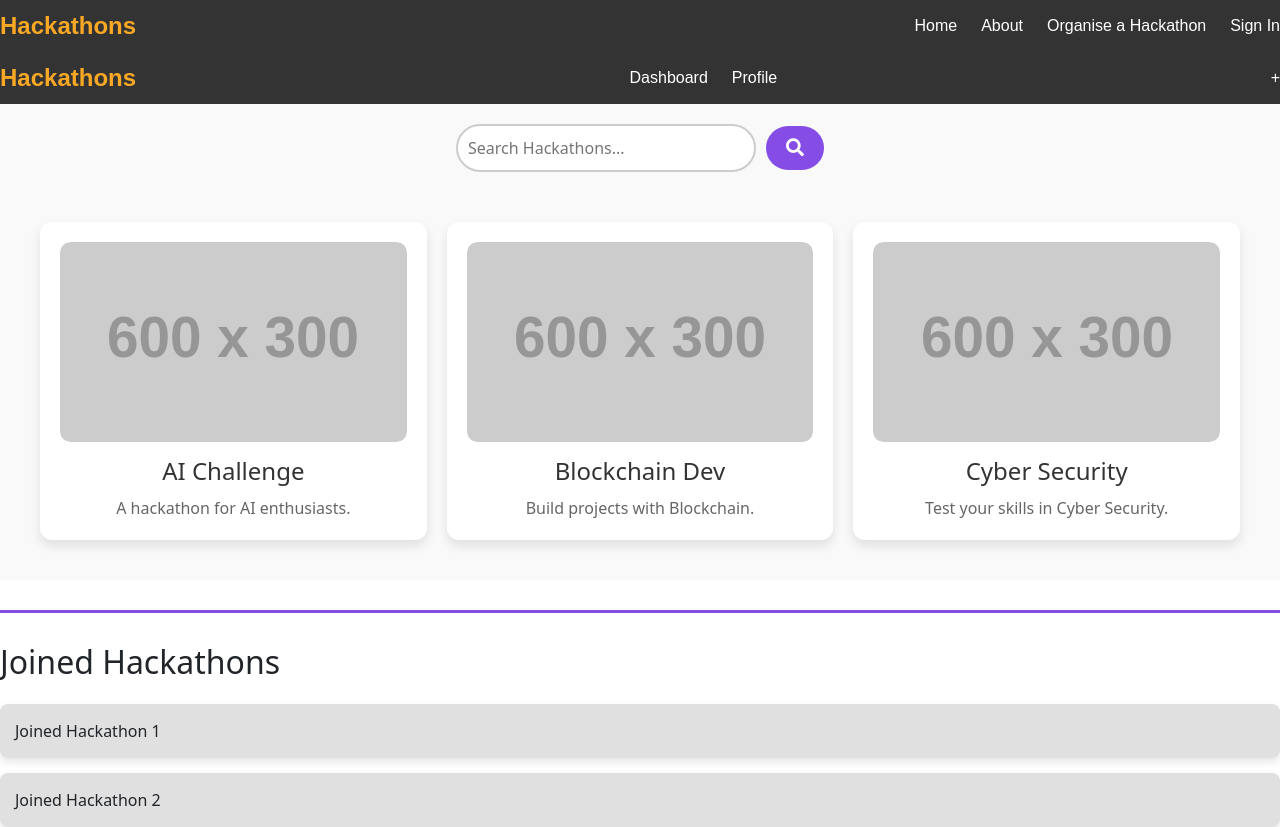
Repository: Ken-Kanike/RUBIX25_41_TECHTITANS
Page: /dashboard (app in backend/client/)
An editor plug-in stored every save of this project. The page is shown before and after the next save, followed by the edit.
The browser window is 1280 px wide. The pictures show the whole page.
The project was rebuilt for these pictures with package versions that can differ from the ones it lists, and the page was loaded fresh each time. Also part of the build but not shown: backend/client/src/homepage.js, backend/client/src/signin.js.

Above is the page before, as saved 2025-01-23 01:53:27.

After the next save:
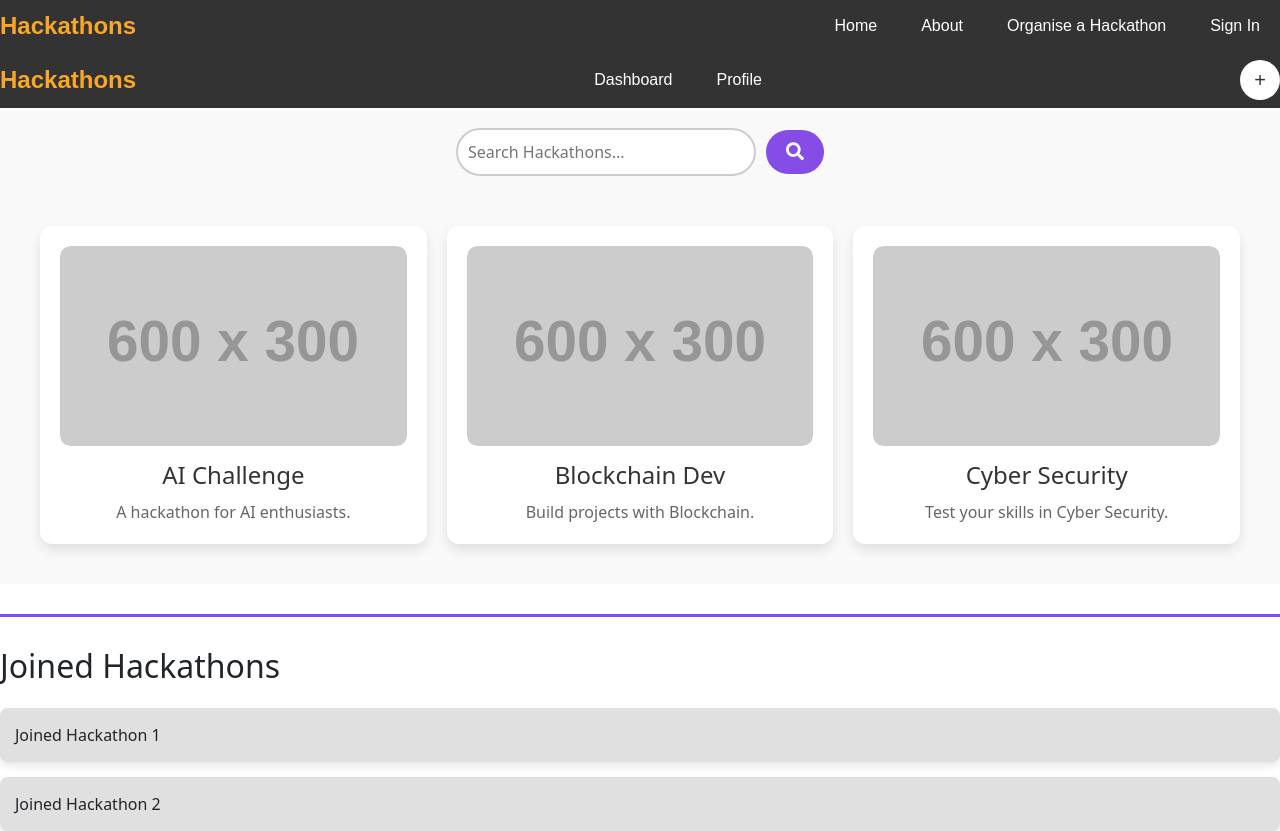
Saved 18 s later.
--- a/backend/client/src/dashboardUnavbar.js
+++ b/backend/client/src/dashboardUnavbar.js
@@ -1,5 +1,5 @@
 import React, { useState } from "react";
-import "./navbar.css";
+import "./dashboardUnavbar.css";
 
 const Navbar = () => {
     const [profileImage, setProfileImage] = useState(null);
@@ -23,7 +23,7 @@ const Navbar = () => {
                 <li><a href="#profile">Profile</a></li>
             </ul>
 
-            {/* Profile Section with Upload */}
+
             <div className="navbar-profile">
                 <label htmlFor="file-input">
                     <div className="profile-circle">
